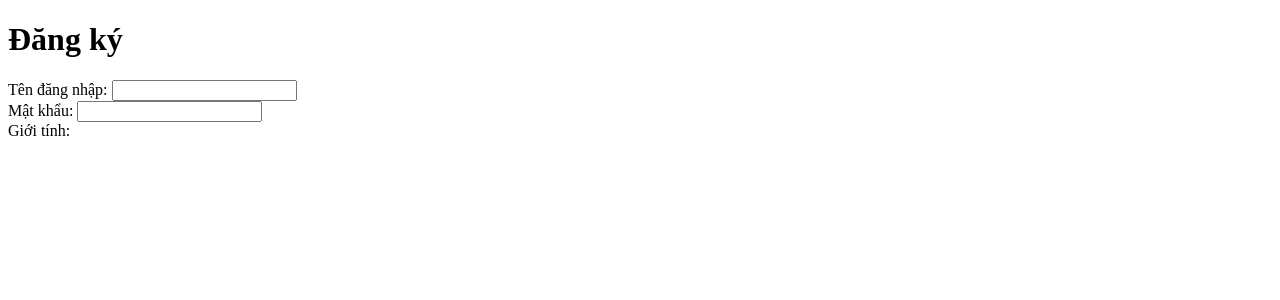
Repository: dquangv/Fpoly-Java4
Page: http://localhost/fpoly/views/dang-ky/form.jsp
These files come from the project's save history. The page is drawn as it stood at one moment and after the next save; the edit follows.
The browser window is 1280 px wide. The pictures show the whole page.
The page is served by Tomcat 9. Other server files are loaded and not shown.

Above is the page before, as saved 2024-06-23 07:52:47.

### fpoly/src/main/webapp/views/dang-ky/form.jsp
<%@ page language="java" contentType="text/html; charset=UTF-8"
    pageEncoding="UTF-8"%>
<!DOCTYPE html>
<html>
<head>
<meta charset="UTF-8">
<title>Insert title here</title>
</head>
<body>
	<h1>Đăng ký</h1>
	<span>Tên đăng nhập: </span>
	<input name="name"><br>
	<span>Mật khẩu: </span>
	<input name="password" type="password"><br>
	<span>Giới tính: </span>

</body>
</html>

After the next save:
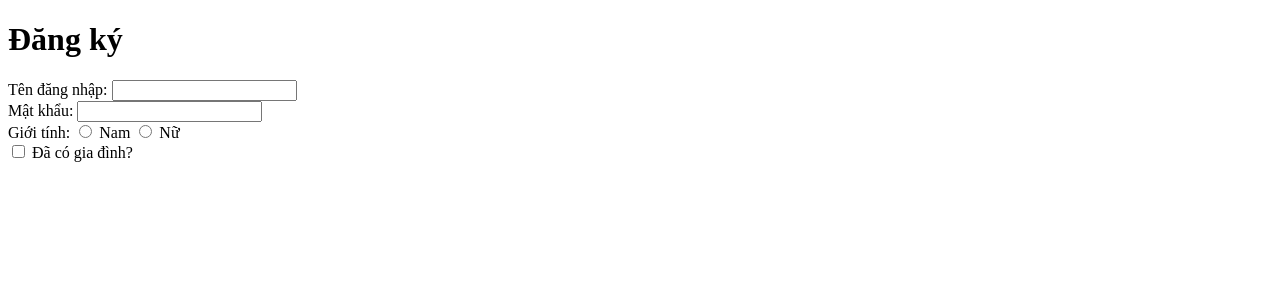
Saved 8 min 56 s later.
--- a/fpoly/src/main/webapp/views/dang-ky/form.jsp
+++ b/fpoly/src/main/webapp/views/dang-ky/form.jsp
@@ -8,11 +8,21 @@
 </head>
 <body>
 	<h1>Đăng ký</h1>
-	<span>Tên đăng nhập: </span>
-	<input name="name"><br>
-	<span>Mật khẩu: </span>
-	<input name="password" type="password"><br>
-	<span>Giới tính: </span>
+	<form action="/fpoly/dang-ky" method="post">
+		<span>Tên đăng nhập: </span>
+		<input name="name"><br>
 
+		<span>Mật khẩu: </span>
+		<input name="password" type="password"><br>
+
+		<span>Giới tính: </span>
+		<input type="radio" name="gender" id="male">
+		<label for="male">Nam</label>
+		<input type="radio" name="gender" id="female">
+		<label for="female">Nữ</label><br>
+
+		<input type="checkbox" id="married" name="married">
+		<label for="married">Đã có gia đình?</label>
+	</form>
 </body>
 </html>
